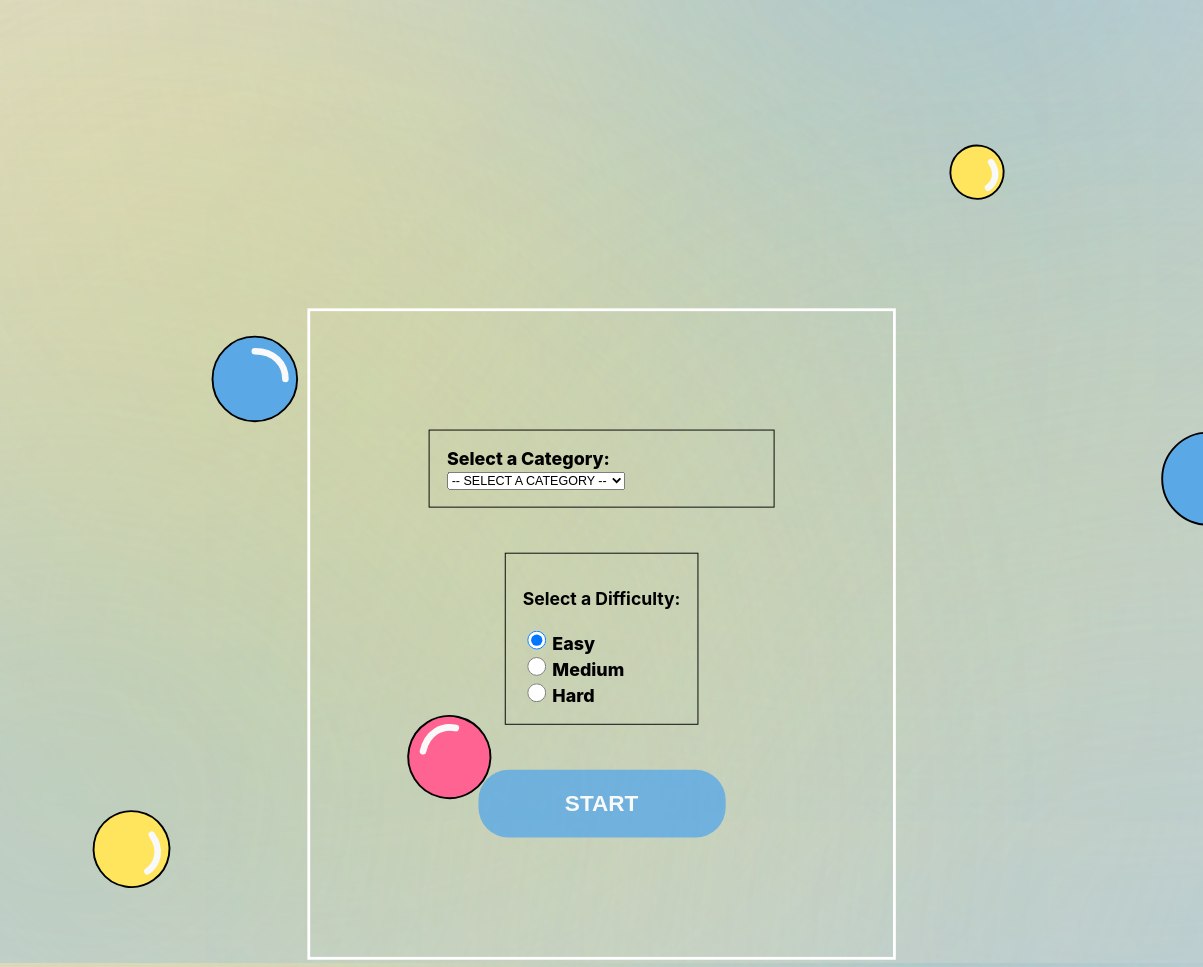
Repository: sierralaurent/SmartiePants
Page: trivia.html
These files come from the project's save history. The page is drawn as it stood at one moment and after the next save; the edit follows.
The browser window is 1280 px wide. The pictures show the whole page, at 94% of full size.
The page's requests for data from a server got no answer.

Above is the page before, as saved 2023-05-16 12:38:30.
Console error: TypeError: Cannot read properties of null (reading 'addEventListener')

After the next save:
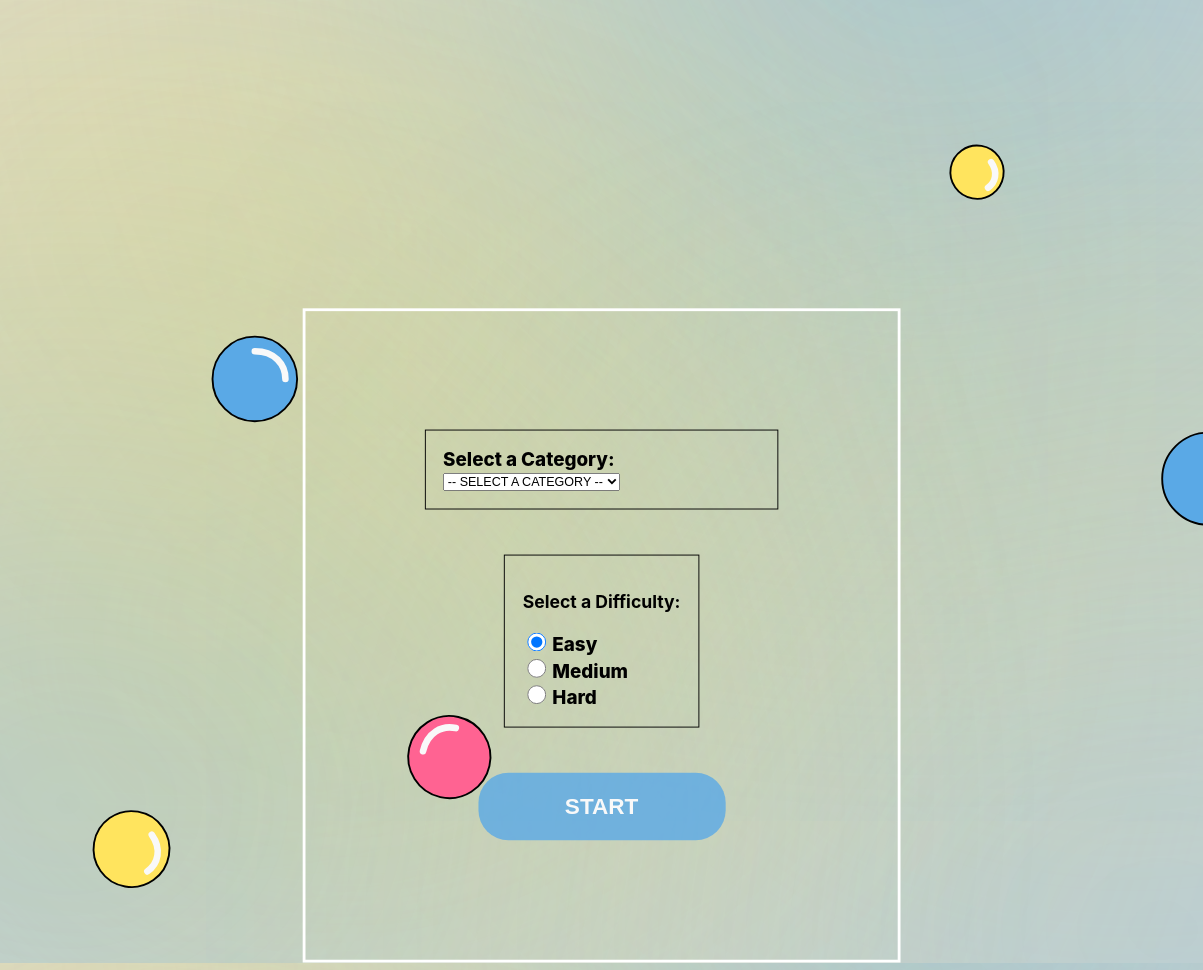
Saved 20 s later.
--- a/trivia.css
+++ b/trivia.css
@@ -31,7 +31,7 @@ body {
     gap: 5%;
 }
 label {
-    font-size: 19px;
+    font-size: 20px;
 }
 input {
     cursor: pointer;
